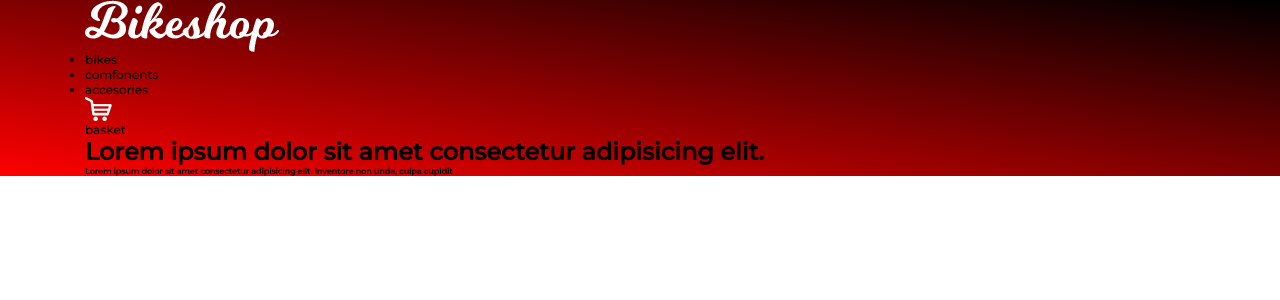
Repository: vanphongnguyen1/webDemo
Page: Bikeshop/index.html
An editor plug-in stored every save of this project. The page is shown before and after the next save, followed by the edit.
The browser window is 1280 px wide. The pictures show the whole page.
The style sheet was rebuilt from its Sass, Less or Tailwind sources for each picture, by a compiler version that may differ from the author's.

Above is the page before, as saved 2020-09-04 13:38:15.

After the next save:
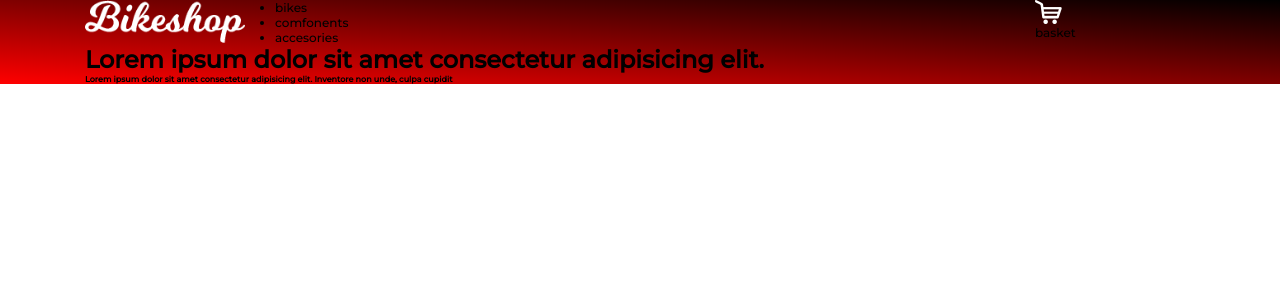
Saved 68 s later.
--- a/Bikeshop/index.html
+++ b/Bikeshop/index.html
@@ -12,25 +12,33 @@
     <header>
         <div class="container">
             <div class="nav">
-                <div class="logo">
-                    <img src="./img/logo-text.png" alt="#Text Logo">
-                </div>
-                <div class="menu">
-                    <ul class="menu__list">
-                        <li class="menu__item">
-                            <a href="" class="menu__text">bikes</a>
-                        </li>
-                        <li class="menu__item">
-                            <a href="" class="menu__text">comfonents</a>
-                        </li>
-                        <li class="menu__item">
-                            <a href="" class="menu__text">accesories</a>
-                        </li>
-                    </ul>
-                </div>
-                <div class="card">
-                    <img src="./img/icon.png" alt="#Product">
-                    <span class="card__text">basket</span>
+                <div class="row">
+                    <div class="col-2">
+                        <div class="logo">
+                            <img src="./img/logo-text.png" alt="#Text Logo">
+                        </div>
+                    </div>
+                    <div class="col-8">
+                        <div class="menu">
+                            <ul class="menu__list">
+                                <li class="menu__item">
+                                    <a href="" class="menu__text">bikes</a>
+                                </li>
+                                <li class="menu__item">
+                                    <a href="" class="menu__text">comfonents</a>
+                                </li>
+                                <li class="menu__item">
+                                    <a href="" class="menu__text">accesories</a>
+                                </li>
+                            </ul>
+                        </div>
+                    </div>
+                    <div class="col-2">
+                        <div class="card">
+                            <img src="./img/icon.png" alt="#Product">
+                            <span class="card__text">basket</span>
+                        </div>
+                    </div>
                 </div>
             </div>
             <div class="heading__title">
